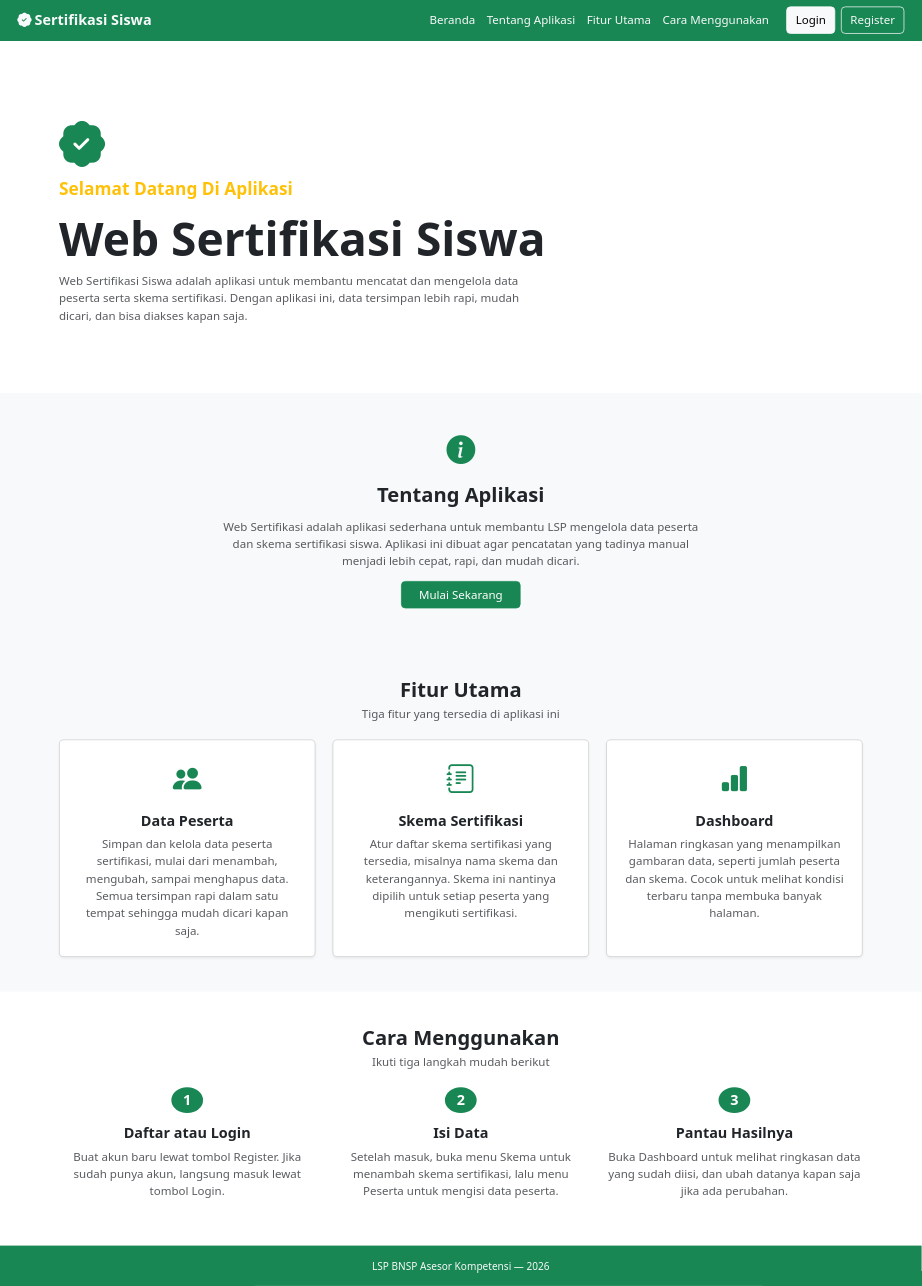
Repository: Zaki-Blip/USK_Project
Page: http://localhost/
An editor plug-in stored every save of this project. The page is shown before and after the next save, followed by the edit.
The browser window is 1280 px wide. The pictures show the whole page, at 72% of full size.
The page is served by the project's Laravel application, run on PHP 8.4 with Laravel 12.

Above is the page before, as saved 2026-10-13 06:19:48.

After the next save:
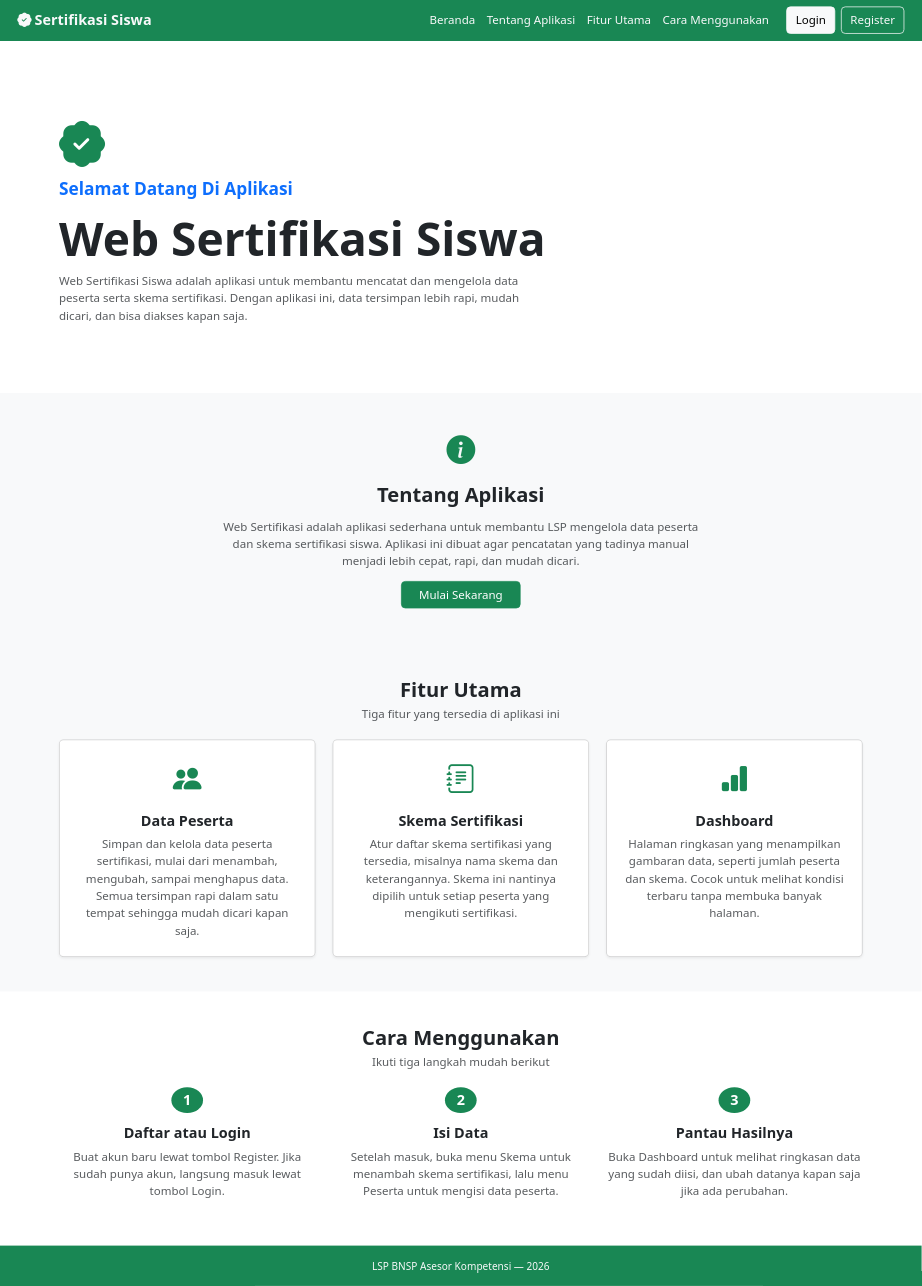
Saved 10 s later.
--- a/resources/views/halamanAwal.blade.php
+++ b/resources/views/halamanAwal.blade.php
@@ -41,7 +41,7 @@
 <section id="beranda" class="container text-start py-5">
     <div class="py-5">
         <i class="bi bi-patch-check-fill text-success" style="font-size: 4rem;"></i>
-        <h4 class="text-warning fw-bold">Selamat Datang Di Aplikasi</h4>
+        <h4 class="text-primary fw-bold">Selamat Datang Di Aplikasi</h4>
         <h1 class="display-3 fw-bold mt-3">Web Sertifikasi Siswa</h1>
         <p class="text-muted mb-0" style="max-width: 650px;">
             Web Sertifikasi Siswa adalah aplikasi untuk membantu mencatat dan mengelola
